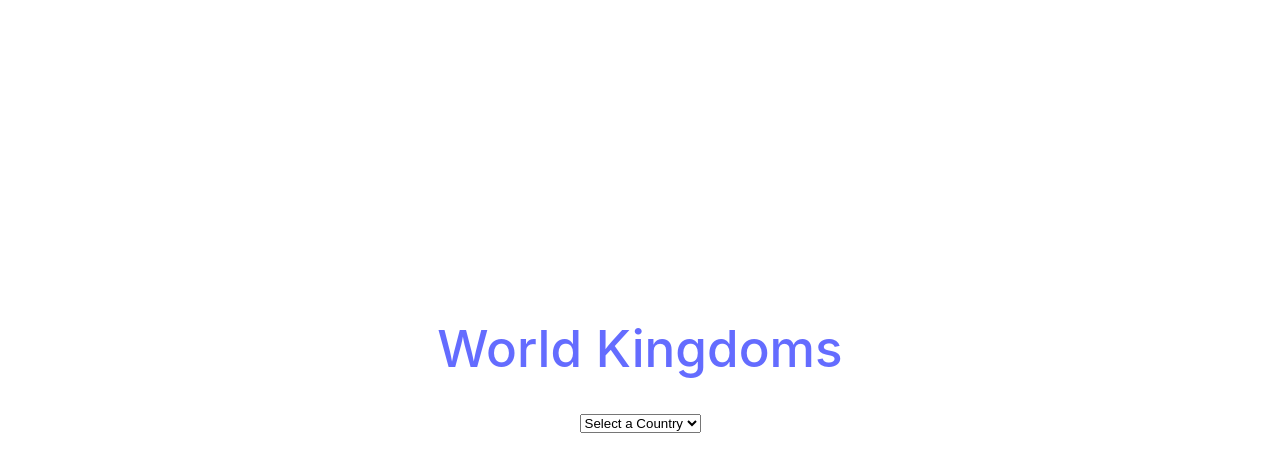
Repository: GloGlorGloria/COMP3170-lab7
Page: /
The author's editor kept a copy of each file at every save. The page is drawn from the files as they stood at one save, then again after the next save.
The browser window is 1280 px wide. The pictures show the whole page.
The page's requests for data from a server got no answer. The project was rebuilt for these pictures with package versions that can differ from the ones it lists, and the page was loaded fresh each time. No one was signed in, and anything a server would have sent is missing. Also part of the build but not shown: vite.config.js, src/components/Details.jsx.

Above is the page before, as saved 2024-11-23 14:14:39.

### index.html
<!doctype html>
<html lang="en">
  <head>
    <meta charset="UTF-8" />
    <link rel="icon" type="image/svg+xml" href="/Globe icon.png" />
    <meta name="viewport" content="width=device-width, initial-scale=1.0" />
    <title>World Kingdoms</title>
  </head>
  <body>
    <div id="root"></div>
    <script type="module" src="/src/main.jsx"></script>
  </body>
</html>

### src/App.jsx
import { BrowserRouter, Routes, Route } from 'react-router-dom';
import Countries from './components/Countries';
import Details from './components/Details';
import './App.css'

function App() {
  return (
       <BrowserRouter>
          <Routes>
          <Route path="/" element={<Countries />}>
            <Route path="/countries/:cca2?" element={<Details />}>
              {/* <Route path="" element={<Details />} /> */}
            </Route>
          </Route>
        </Routes>
       </BrowserRouter>
  );
}

export default App

### src/components/Countries.jsx
import { useEffect, useState } from 'react';
import {useNavigate, NavLink, Outlet} from "react-router-dom";


function Countries() {
  const [countries, setCountries] = useState([]);
  const [selectedOption, setSelectedOption] = useState("Select a Country");
  const [fetchStatus, setFetchStatus] = useState('idle');
  const navigate = useNavigate();
  const isLoading = fetchStatus === 'loading';
  const isError = fetchStatus === 'error';

  useEffect(() => {
    async function fetchData() {
      try {
        setFetchStatus('loading');
        const response = await fetch('https://restcountries.com/v3.1/name/kingdom');
        const data = await response.json();
        setCountries(data);
        setFetchStatus('idle');
        console.log(countries);
      } catch(e){
        setFetchStatus('error');
        console.error(e.message);
      }
    }
    fetchData();
  }, []);

  useEffect(() => {
    if (location.pathname === "/") {
      setSelectedOption("Select a Country");
    }
  }, [location]);


  const handleCountrySelect = (event) => {
    const countryName = event.target.value;
    setSelectedOption(countryName);

    if (countryName === "Select a Country") {
      navigate("/");
      return;
    }

    const selectedCountry = countries.find((country) => country.name.common === countryName);

    if (selectedCountry) {
    navigate(`/countries/${selectedCountry.cca2}`, { state: {selectedCountry} });
  }};

  return (
    <div>
      <h1><NavLink to="/" onClick={setSelectedOption}>World Kingdoms</NavLink></h1>
      <div className='select_container'>
        <select onChange={handleCountrySelect} >
          <option>Select a Country</option>
          {countries.map((country, index) => (
            <option
            key={index}
            value={country.name.common}
            >
            {country.name.common}
            </option>
          ))}
        </select>
      </div>

      <Outlet/>


      </div>
    );
  }

  export default Countries;

Loaded but not shown: src/main.jsx (common file); src/index.css (common file); src/App.css (common file)

After the next save:
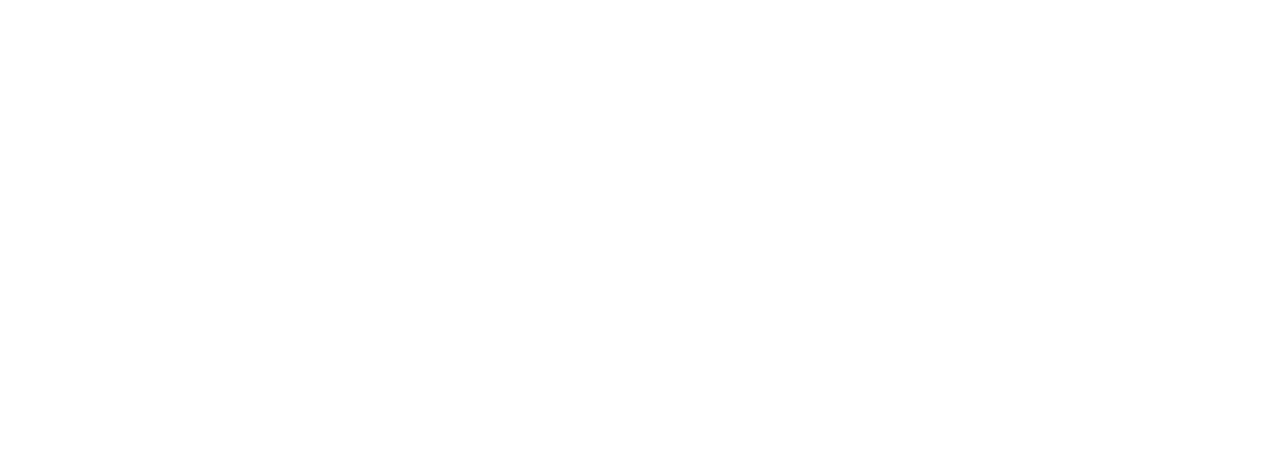
Console error (its wording comes from the project's code and is left out).
Saved 12 s later.
--- a/src/components/Countries.jsx
+++ b/src/components/Countries.jsx
@@ -51,7 +51,7 @@
 
   return (
     <div>
-      <h1><NavLink to="/" onClick={setSelectedOption}>World Kingdoms</NavLink></h1>
+      <h1><NavLink to="/" onClick={setSelectedOption("Select a Country")}>World Kingdoms</NavLink></h1>
       <div className='select_container'>
         <select onChange={handleCountrySelect} >
           <option>Select a Country</option>

After the save that followed:
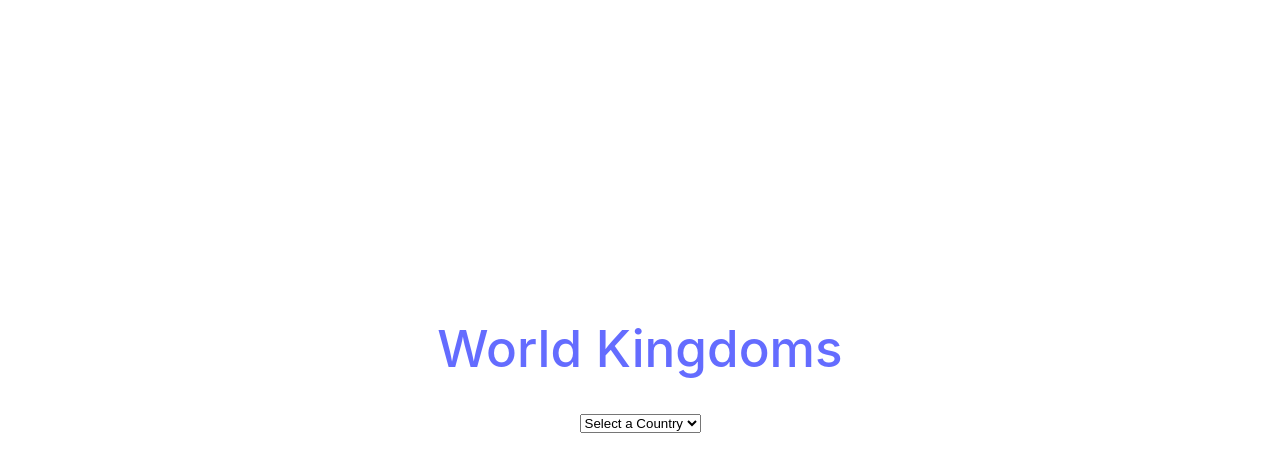
The error is gone.
Saved 33 s later.
--- a/src/components/Countries.jsx
+++ b/src/components/Countries.jsx
@@ -51,7 +51,7 @@
 
   return (
     <div>
-      <h1><NavLink to="/" onClick={setSelectedOption("Select a Country")}>World Kingdoms</NavLink></h1>
+      <h1><NavLink to="/" onClick={() => setSelectedOption("Select a Country")}>World Kingdoms</NavLink></h1>
       <div className='select_container'>
         <select onChange={handleCountrySelect} >
           <option>Select a Country</option>
